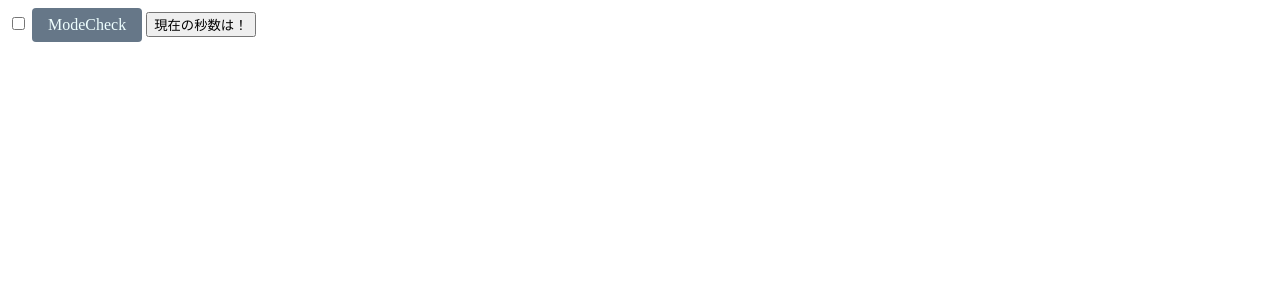
Repository: maigo999/time-abdominal-muscle
Page: index.html
These files come from the project's save history. The page is drawn as it stood at one moment and after the next save; the edit follows.
The browser window is 1280 px wide. The pictures show the whole page.

Above is the page before, as saved 2018-08-11 09:32:48.

After the next save:
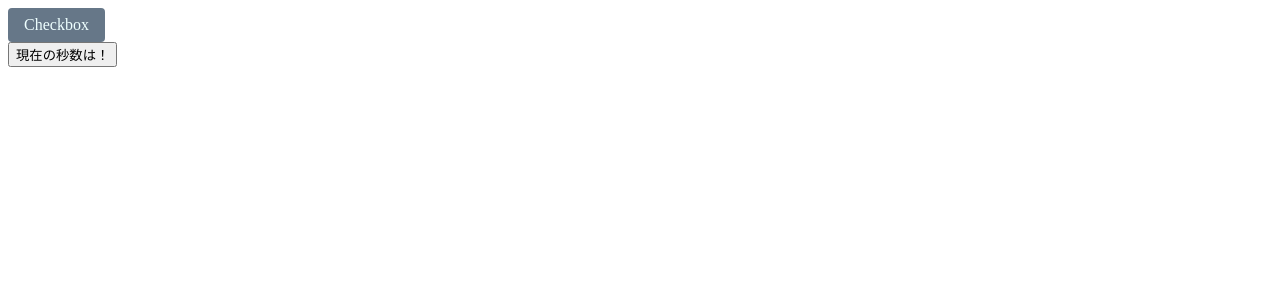
Saved 42 s later.
--- a/index.html
+++ b/index.html
@@ -8,10 +8,12 @@
     <title>Document</title>
 </head>
 <body>
-    <input id="mode" type="checkbox">
-    <label for="mode" class="button">
-            ModeCheck
+    <div class="toggle-buttons">
+    <label>
+        <input type="checkbox">
+        <span class="button">Checkbox</span>
     </label>
+    </div>
     <button id="button">現在の秒数は！</button>
 
     <p id="result"></p>
